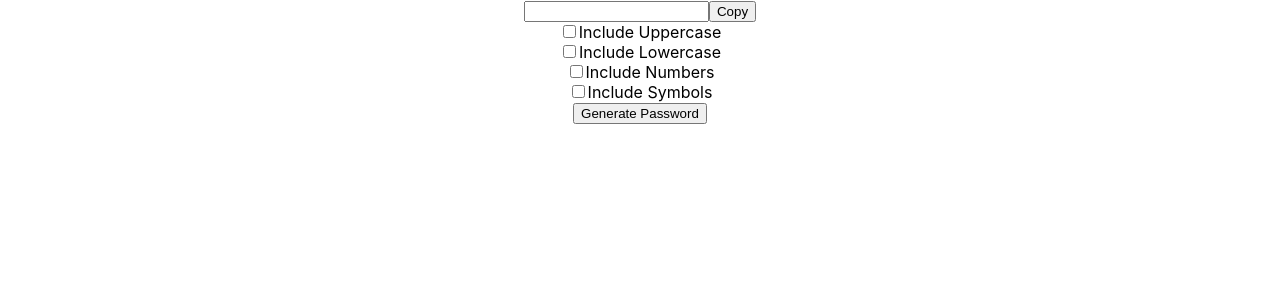
Repository: sriram1224/Password-generator
Page: / (app in password-generator/)
An editor plug-in stored every save of this project. The page is shown before and after the next save, followed by the edit.
The browser window is 1280 px wide. The pictures show the whole page.
The project was rebuilt for these pictures with package versions that can differ from the ones it lists, and the page was loaded fresh each time.

Above is the page before, as saved 2024-03-10 21:12:08.

### password-generator/src/App.js
import PasswordGenerator from './Components/content.js';
import './App.css';

function App() {
  return (
    <div className="App">
       <PasswordGenerator />

    </div>
  );
}

export default App;

### password-generator/src/Components/content.js
import React, { useState } from 'react';

const PasswordGenerator = () => {
  const [includeUppercase, setIncludeUppercase] = useState(false);
  const [includeLowercase, setIncludeLowercase] = useState(false);
  const [includeNumbers, setIncludeNumbers] = useState(false);
  const [includeSymbols, setIncludeSymbols] = useState(false);
  const [password, setPassword] = useState('');
  const [passwordLength, setPasswordLength] = useState(8);

  const generatePassword = () => {
    const uppercaseChars = 'ABCDEFGHIJKLMNOPQRSTUVWXYZ';
    const lowercaseChars = 'abcdefghijklmnopqrstuvwxyz';
    const numberChars = '0123456789';
    const symbolChars = '!@#$%^&*()_+-=[]{}|;:,.<>?';

    let chars = '';
    if (includeUppercase) chars += uppercaseChars;
    if (includeLowercase) chars += lowercaseChars;
    if (includeNumbers) chars += numberChars;
    if (includeSymbols) chars += symbolChars;

    let generatedPassword = '';
    for (let i = 0; i < passwordLength; i++) {
      const randomIndex = Math.floor(Math.random() * chars.length);
      generatedPassword += chars[randomIndex];
    }
    setPassword(generatedPassword);
  };

  const copyToClipboard = () => {
    navigator.clipboard.writeText(password);
  };

  return (
    <div>


      <div>
        <input type="text" readOnly value={password} />
        <button onClick={copyToClipboard}>Copy</button>
          </div>
               <div>
        <label>
          <input type="checkbox" checked={includeUppercase} onChange={() => setIncludeUppercase(!includeUppercase)} />
          Include Uppercase
        </label>
      </div>
      <div>
        <label>
          <input type="checkbox" checked={includeLowercase} onChange={() => setIncludeLowercase(!includeLowercase)} />
          Include Lowercase
        </label>
      </div>
      <div>
        <label>
          <input type="checkbox" checked={includeNumbers} onChange={() => setIncludeNumbers(!includeNumbers)} />
          Include Numbers
        </label>
      </div>
      <div>
        <label>
          <input type="checkbox" checked={includeSymbols} onChange={() => setIncludeSymbols(!includeSymbols)} />
          Include Symbols
        </label>
      </div>

          <button onClick={generatePassword}>Generate Password</button>
    </div>
  );
};

export default PasswordGenerator;

Loaded but not shown: password-generator/public/index.html (common file); password-generator/src/index.js (common file); password-generator/src/index.css (common file); password-generator/src/reportWebVitals.js (common file); password-generator/src/App.css (common file)

After the next save:
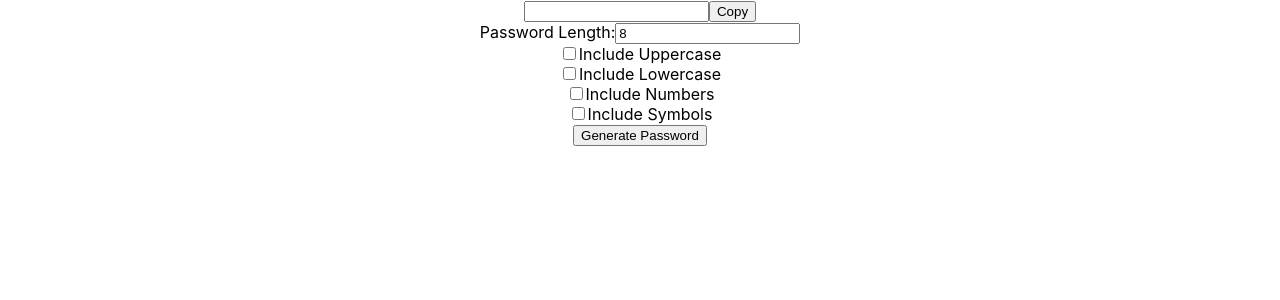
Saved 2 min 10 s later.
--- a/password-generator/src/Components/content.js
+++ b/password-generator/src/Components/content.js
@@ -40,6 +40,12 @@ const PasswordGenerator = () => {
         <input type="text" readOnly value={password} />
         <button onClick={copyToClipboard}>Copy</button>
           </div>
+          <div>
+        <label>
+          Password Length:
+          <input type="number" value={passwordLength} onChange={(e) => setPasswordLength(parseInt(e.target.value))} />
+        </label>
+          </div>
                <div>
         <label>
           <input type="checkbox" checked={includeUppercase} onChange={() => setIncludeUppercase(!includeUppercase)} />
